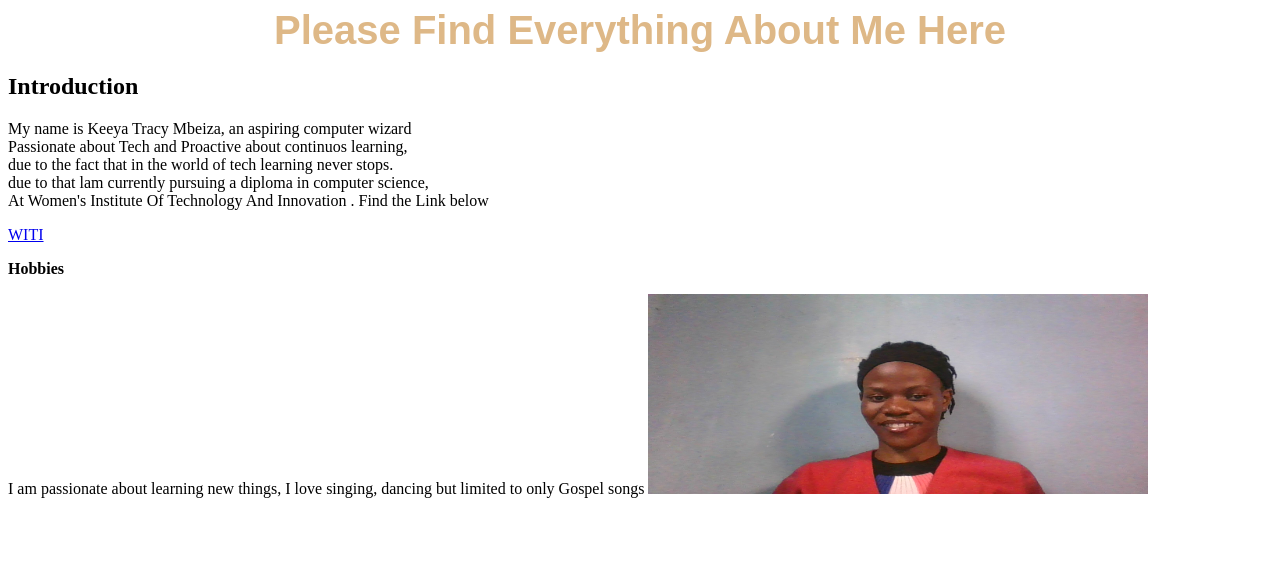
Repository: tracykeeya/my_first_web
Page: index.html
The author's editor kept a copy of each file at every save. The page is drawn from the files as they stood at one save, then again after the next save.
The browser window is 1280 px wide. The pictures show the whole page.

Above is the page before, as saved 2025-11-03 02:58:03.

After the next save:
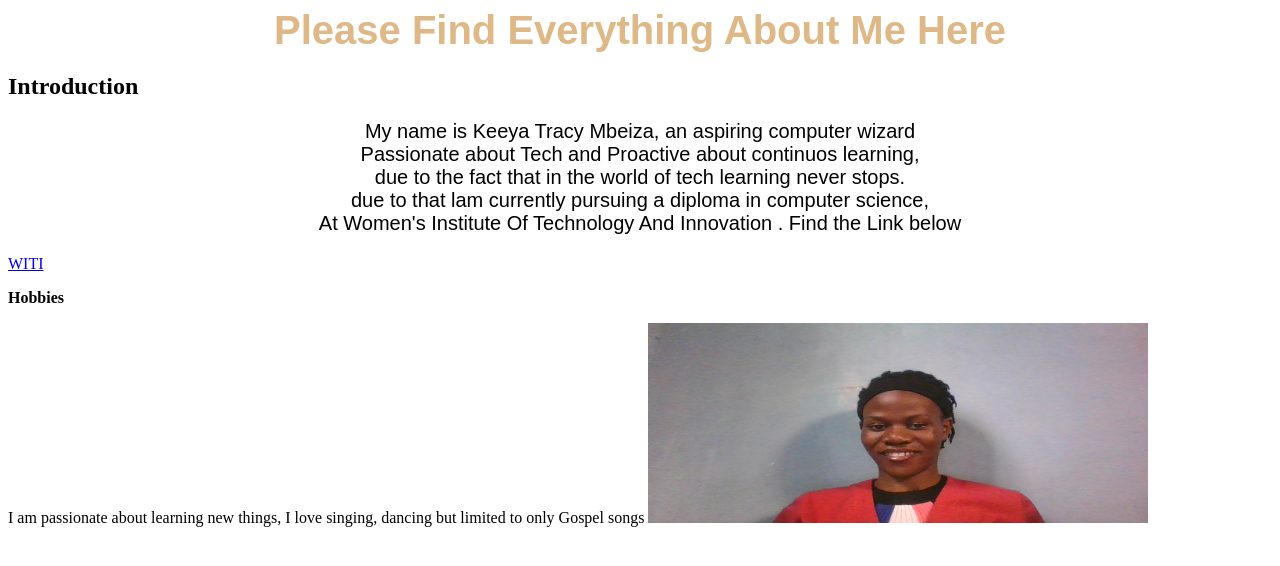
Saved 12 s later.
--- a/index.html
+++ b/index.html
@@ -9,7 +9,7 @@
     <h1 style="margin: 0 auto; text-align: center; color: burlywood; font-size: 40px; font-family: Arial, Helvetica, sans-serif;">Please Find Everything About Me Here</h1>
     <h2>Introduction</h2>
 
-    <p style="">My name is Keeya Tracy Mbeiza, an aspiring computer wizard<br>Passionate about Tech and Proactive about continuos learning,<br> due to the fact that in the world of tech learning never stops.<br> due to that lam currently pursuing a diploma in computer science,<br>
+    <p style="font-size: 20px; font-family: Arial, Helvetica, sans-serif; text-align: center; color: rgb(0, 0, 0">My name is Keeya Tracy Mbeiza, an aspiring computer wizard<br>Passionate about Tech and Proactive about continuos learning,<br> due to the fact that in the world of tech learning never stops.<br> due to that lam currently pursuing a diploma in computer science,<br>
         At Women's Institute Of Technology And Innovation . Find the Link below </br></p>
     <a href="https://www.witi.ac.ug/">WITI</a>
 
